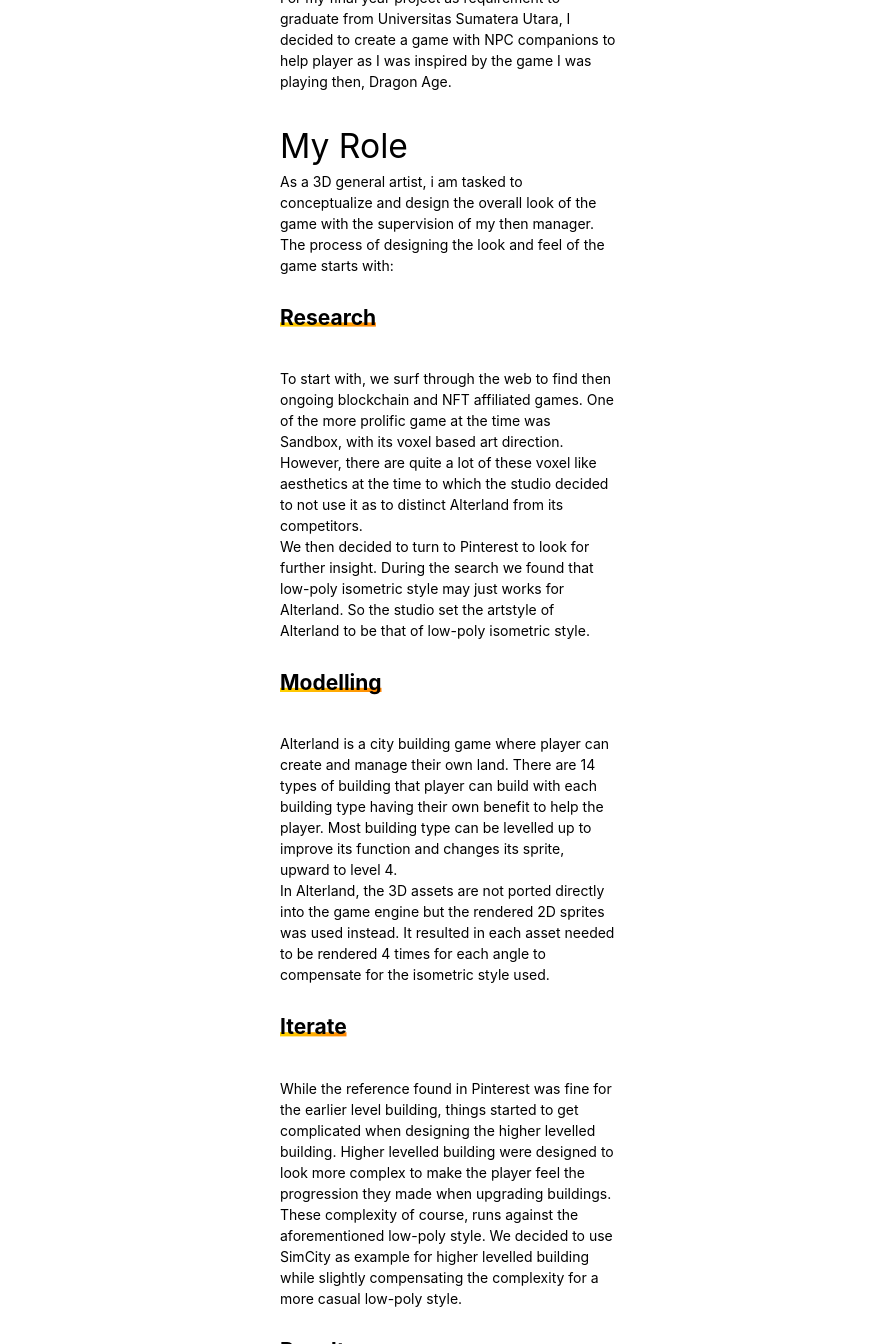
Repository: thortato/thortato.github.io
Page: /IntotheForest
These files come from the project's save history. The page is drawn as it stood at one moment and after the next save; the edit follows.
The browser window is 1280 px wide. The pictures show the part of the page from y = 442 to 2362 px (the page is 2870 px tall before and 2930 px after), at 70% of full size.
The project was rebuilt for these pictures with package versions that can differ from the ones it lists, and the page was loaded fresh each time. Also part of the build but not shown: src/App.css, src/Components/Sidebar.css, src/Pages/Sidebar.js, src/Components/HeroImage.js, src/Pages/HeroSection.js, src/Pages/About.js, src/Components/Card.js, src/Pages/Works.js and 3 more.

Above is the page before, as saved 2023-10-03 12:45:53.

After the next save:
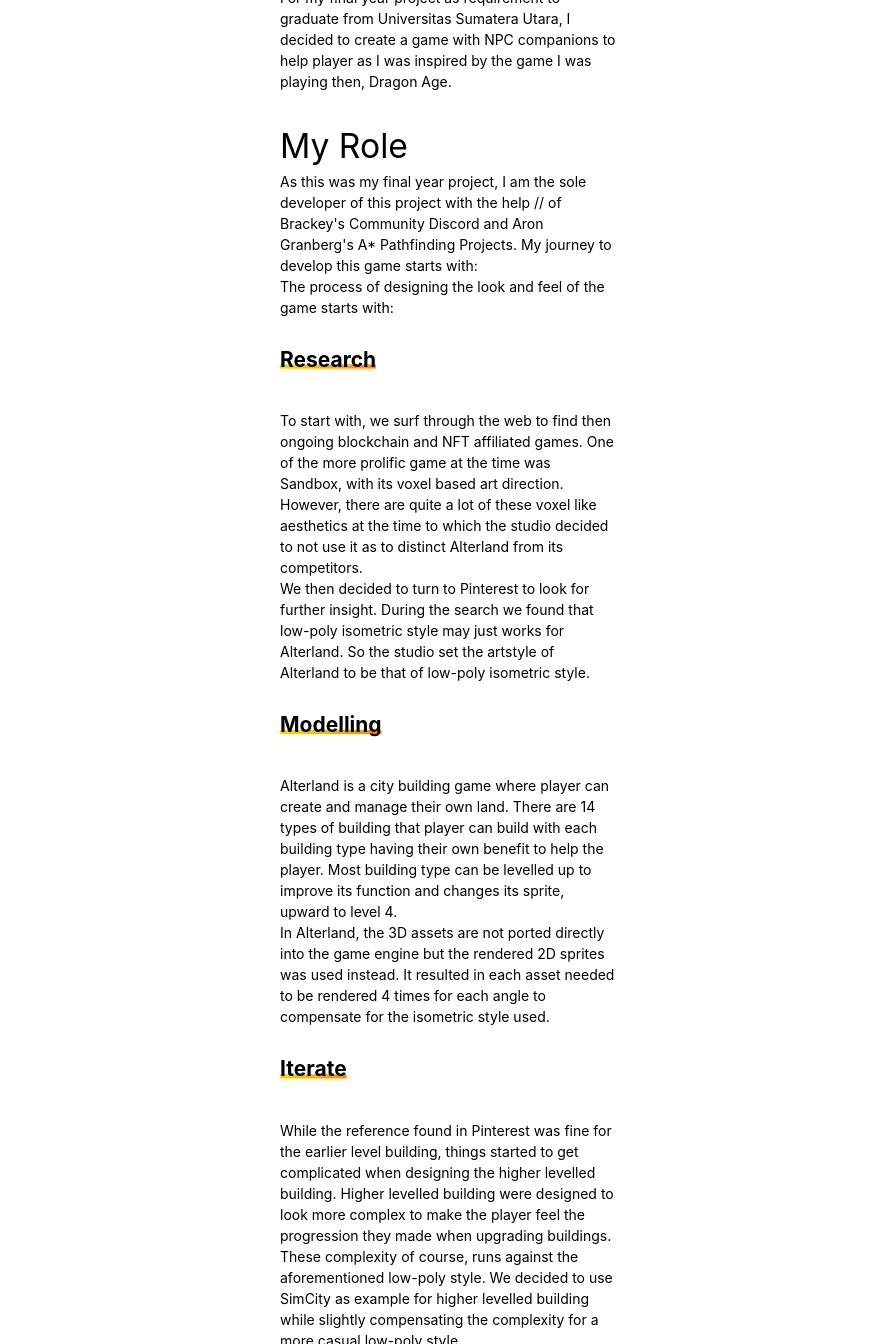
Saved 32 s later.
--- a/src/Pages/Works/Work_IntotheForest.js
+++ b/src/Pages/Works/Work_IntotheForest.js
@@ -34,8 +34,8 @@
         <div>
           <h1>My Role</h1>
           <p>
-            As a 3D general artist, i am tasked to conceptualize and design the
-            overall look of the game with the supervision of my then manager.
+          As this was my final year project, I am the sole developer of this project with the help
+        //                     of Brackey's Community Discord and Aron Granberg's  A* Pathfinding Projects.  My journey to develop this game starts with:
           </p>
           <p>
             The process of designing the look and feel of the game starts with:

After the 2 saves that followed:
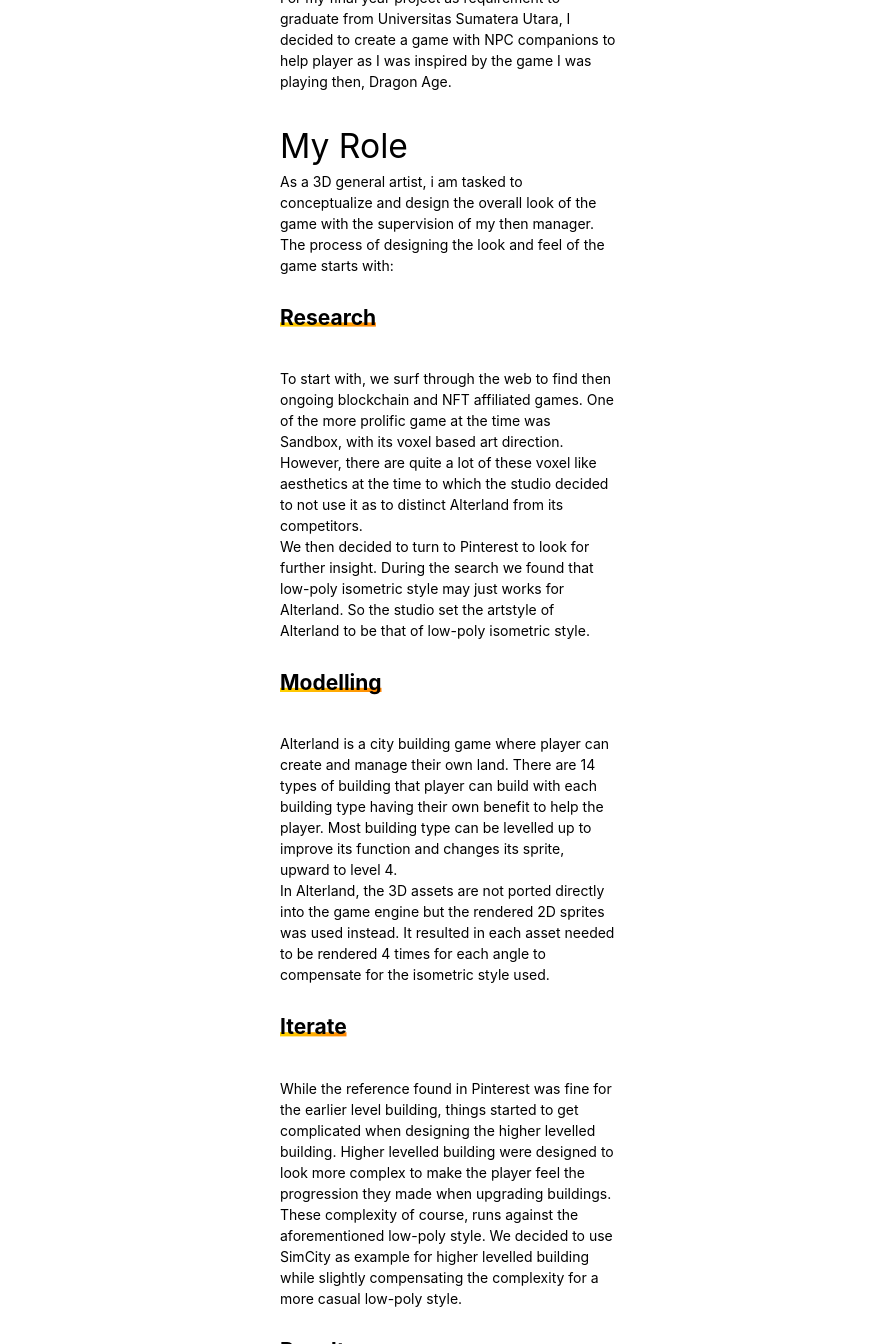
The 2 saves are shown as one change because 1 left the picture as it was.
The last was saved 14 s later.
--- a/src/Pages/Works/Work_IntotheForest.js
+++ b/src/Pages/Works/Work_IntotheForest.js
@@ -34,8 +34,8 @@
         <div>
           <h1>My Role</h1>
           <p>
-          As this was my final year project, I am the sole developer of this project with the help
-        //                     of Brackey's Community Discord and Aron Granberg's  A* Pathfinding Projects.  My journey to develop this game starts with:
+            As a 3D general artist, i am tasked to conceptualize and design the
+            overall look of the game with the supervision of my then manager.
           </p>
           <p>
             The process of designing the look and feel of the game starts with:
